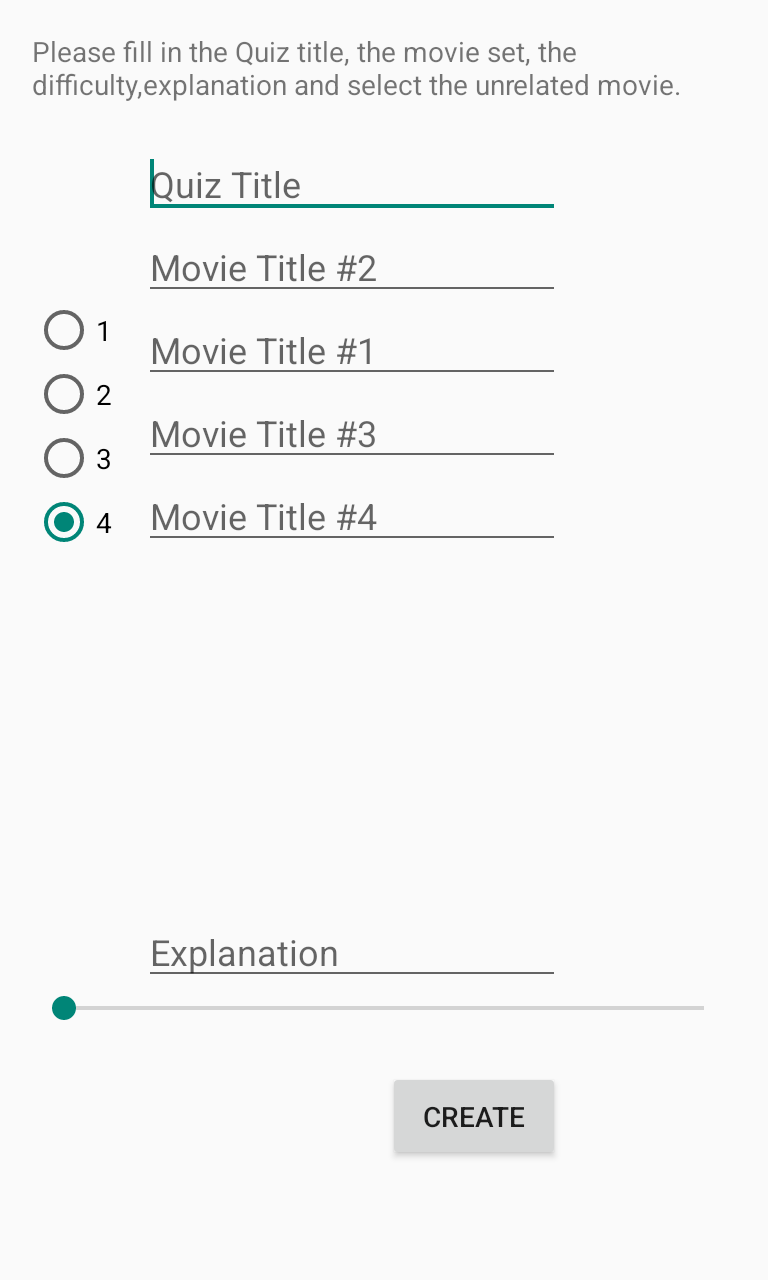
Repository: quantumlicht/android-capstone
Layout: capstone_client/res/layout/activity_create_quiz.xml
The author's editor kept a copy of each file at every save. The layout is drawn from the files as they stood at one save, then again after the next save.
It is drawn on a 768 x 1280 px phone screen (xhdpi) without system bars, with theme AppTheme; the app's code is not run.

Above is the layout before, as saved 2014-11-14 00:42:59.

### capstone_client/res/layout/activity_create_quiz.xml
<RelativeLayout xmlns:android="http://schemas.android.com/apk/res/android"
    xmlns:tools="http://schemas.android.com/tools"
    android:layout_width="match_parent"
    android:layout_height="match_parent"
    android:layout_centerHorizontal="true"
    android:gravity="start"
    android:paddingBottom="@dimen/activity_vertical_margin"
    android:paddingLeft="@dimen/activity_horizontal_margin"
    android:paddingRight="@dimen/activity_horizontal_margin"
    android:paddingTop="@dimen/activity_vertical_margin"
    tools:context="guay.philippe.capstone.CreateQuizActivity" >

    <TextView
        android:id="@+id/textView1"
        android:layout_width="wrap_content"
        android:layout_height="wrap_content"
        android:text="Please fill in the Quiz title, the movie set, the difficulty,explanation and select the unrelated movie." />

    <SeekBar
        android:id="@+id/seekBar1"
        android:layout_width="match_parent"
        android:layout_height="wrap_content"
        android:layout_above="@+id/submit_create"
        android:layout_alignParentRight="true"
        android:layout_marginBottom="21dp" />

    <RadioGroup
        android:id="@+id/radioGroup1"
        android:layout_width="wrap_content"
        android:layout_height="wrap_content"
        android:layout_alignBottom="@+id/movie4"
        android:layout_alignParentLeft="true"
        android:gravity="clip_vertical"
        android:orientation="vertical" >

        <RadioButton
            android:id="@+id/radio1"
            android:layout_width="wrap_content"
            android:layout_height="wrap_content"
            android:text="1" />

        <RadioButton
            android:id="@+id/radio2"
            android:layout_width="wrap_content"
            android:layout_height="wrap_content"
            android:text="2" />

        <RadioButton
            android:id="@+id/radio3"
            android:layout_width="wrap_content"
            android:layout_height="wrap_content"
            android:checked="true"
            android:text="3" />

        <RadioButton
            android:id="@+id/radio4"
            android:layout_width="wrap_content"
            android:layout_height="wrap_content"
            android:checked="true"
            android:text="4" />
    </RadioGroup>

    <EditText
        android:id="@+id/movie2"
        android:layout_width="wrap_content"
        android:layout_height="wrap_content"
        android:layout_below="@+id/quiz_title"
        android:layout_marginLeft="15dp"
        android:layout_toRightOf="@+id/radioGroup1"
        android:ems="10"
        android:hint="Movie Title #2" />

    <EditText
        android:id="@+id/movie1"
        android:layout_width="wrap_content"
        android:layout_height="wrap_content"
        android:layout_below="@+id/movie2"
        android:layout_marginLeft="15dp"
        android:layout_toRightOf="@+id/radioGroup1"
        android:ems="10"
        android:hint="Movie Title #1" />

    <EditText
        android:id="@+id/movie3"
        android:layout_width="wrap_content"
        android:layout_height="wrap_content"
        android:layout_below="@+id/movie1"
        android:layout_marginLeft="15dp"
        android:layout_toRightOf="@+id/radioGroup1"
        android:ems="10"
        android:hint="Movie Title #3" />

    <EditText
        android:id="@+id/movie4"
        android:layout_width="wrap_content"
        android:layout_height="wrap_content"
        android:layout_below="@+id/movie3"
        android:layout_marginLeft="15dp"
        android:layout_toRightOf="@+id/radioGroup1"
        android:ems="10"
        android:hint="Movie Title #4" />

    <EditText
        android:id="@+id/quiz_title"
        android:layout_width="wrap_content"
        android:layout_height="wrap_content"
        android:layout_alignLeft="@+id/movie2"
        android:layout_below="@+id/textView1"
        android:layout_marginTop="18dp"
        android:ems="10"
        android:hint="Quiz Title" >

        <requestFocus />
    </EditText>

    <Button
        android:id="@+id/submit_create"
        android:layout_width="wrap_content"
        android:layout_height="wrap_content"
        android:layout_alignParentBottom="true"
        android:layout_alignRight="@+id/explanation"
        android:layout_marginBottom="42dp"
        android:text="Create" />

    <EditText
        android:id="@+id/explanation"
        android:layout_width="wrap_content"
        android:layout_height="wrap_content"
        android:layout_above="@+id/seekBar1"
        android:layout_alignLeft="@+id/movie4"
        android:ems="10"
        android:hint="Explanation" />

</RelativeLayout>

### capstone_client/res/values/styles.xml
<resources>

    <!--
        Base application theme, dependent on API level. This theme is replaced
        by AppBaseTheme from res/values-vXX/styles.xml on newer devices.
    -->
    <style name="AppBaseTheme" parent="Theme.AppCompat.Light">
        <!--
            Theme customizations available in newer API levels can go in
            res/values-vXX/styles.xml, while customizations related to
            backward-compatibility can go here.
        -->
    </style>

    <!-- Application theme. -->
    <style name="AppTheme" parent="AppBaseTheme">
        <!-- All customizations that are NOT specific to a particular API-level can go here. -->
    </style>

    <declare-styleable name="FragmentArguments">
    	<attr name="android:label" />
	</declare-styleable>

</resources>

Loaded but not shown: capstone_client/res/values-v11/styles.xml (common file); capstone_client/res/values-v14/styles.xml (common file); capstone_client/res/values/dimens.xml (common file); capstone_client/res/values-w820dp/dimens.xml (common file)

After the next save:
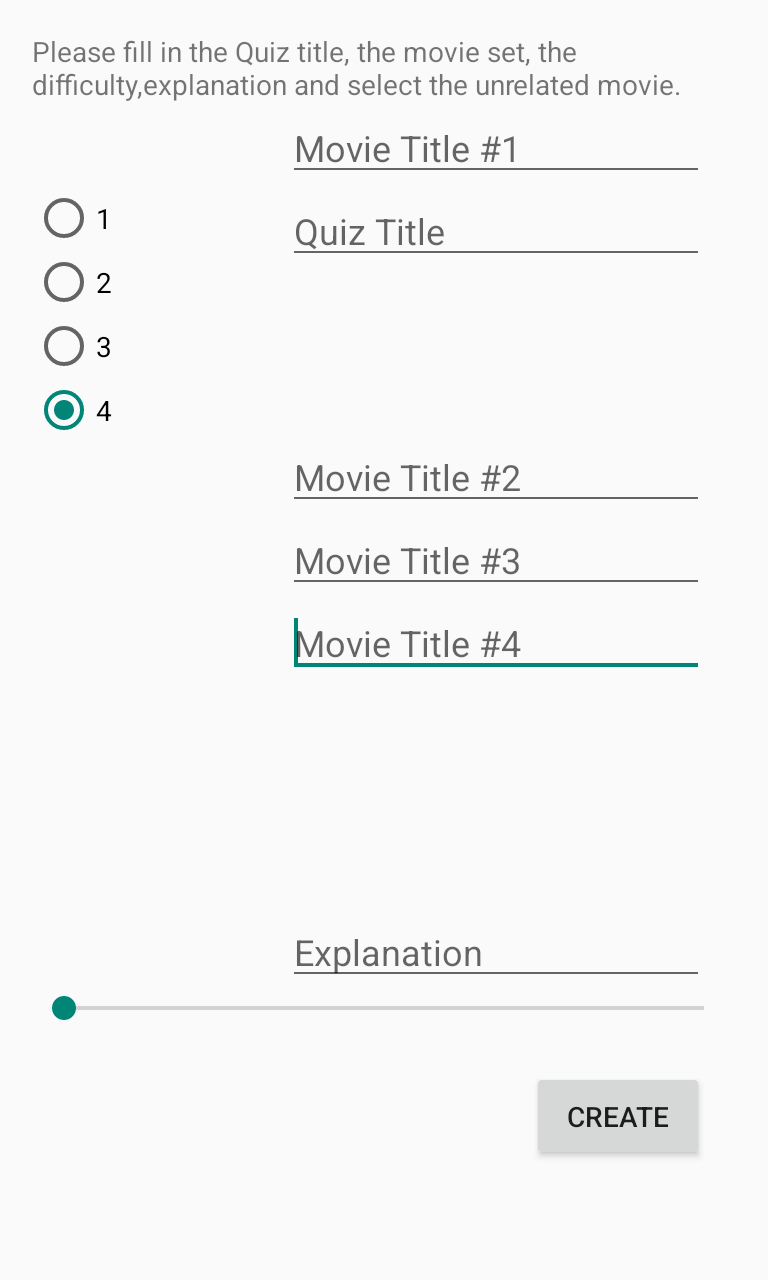
Saved 7 min 13 s later.
--- a/capstone_client/res/layout/activity_create_quiz.xml
+++ b/capstone_client/res/layout/activity_create_quiz.xml
@@ -17,7 +17,7 @@
         android:text="Please fill in the Quiz title, the movie set, the difficulty,explanation and select the unrelated movie." />
 
     <SeekBar
-        android:id="@+id/seekBar1"
+        android:id="@+id/difficulty"
         android:layout_width="match_parent"
         android:layout_height="wrap_content"
         android:layout_above="@+id/submit_create"
@@ -30,6 +30,7 @@
         android:layout_height="wrap_content"
         android:layout_alignBottom="@+id/movie4"
         android:layout_alignParentLeft="true"
+        android:layout_alignTop="@+id/quiz_title"
         android:gravity="clip_vertical"
         android:orientation="vertical" >
 
@@ -60,59 +61,6 @@
             android:text="4" />
     </RadioGroup>
 
-    <EditText
-        android:id="@+id/movie2"
-        android:layout_width="wrap_content"
-        android:layout_height="wrap_content"
-        android:layout_below="@+id/quiz_title"
-        android:layout_marginLeft="15dp"
-        android:layout_toRightOf="@+id/radioGroup1"
-        android:ems="10"
-        android:hint="Movie Title #2" />
-
-    <EditText
-        android:id="@+id/movie1"
-        android:layout_width="wrap_content"
-        android:layout_height="wrap_content"
-        android:layout_below="@+id/movie2"
-        android:layout_marginLeft="15dp"
-        android:layout_toRightOf="@+id/radioGroup1"
-        android:ems="10"
-        android:hint="Movie Title #1" />
-
-    <EditText
-        android:id="@+id/movie3"
-        android:layout_width="wrap_content"
-        android:layout_height="wrap_content"
-        android:layout_below="@+id/movie1"
-        android:layout_marginLeft="15dp"
-        android:layout_toRightOf="@+id/radioGroup1"
-        android:ems="10"
-        android:hint="Movie Title #3" />
-
-    <EditText
-        android:id="@+id/movie4"
-        android:layout_width="wrap_content"
-        android:layout_height="wrap_content"
-        android:layout_below="@+id/movie3"
-        android:layout_marginLeft="15dp"
-        android:layout_toRightOf="@+id/radioGroup1"
-        android:ems="10"
-        android:hint="Movie Title #4" />
-
-    <EditText
-        android:id="@+id/quiz_title"
-        android:layout_width="wrap_content"
-        android:layout_height="wrap_content"
-        android:layout_alignLeft="@+id/movie2"
-        android:layout_below="@+id/textView1"
-        android:layout_marginTop="18dp"
-        android:ems="10"
-        android:hint="Quiz Title" >
-
-        <requestFocus />
-    </EditText>
-
     <Button
         android:id="@+id/submit_create"
         android:layout_width="wrap_content"
@@ -126,9 +74,58 @@
         android:id="@+id/explanation"
         android:layout_width="wrap_content"
         android:layout_height="wrap_content"
-        android:layout_above="@+id/seekBar1"
+        android:layout_above="@+id/difficulty"
         android:layout_alignLeft="@+id/movie4"
         android:ems="10"
         android:hint="Explanation" />
 
+    <EditText
+        android:id="@+id/movie1"
+        android:layout_width="wrap_content"
+        android:layout_height="wrap_content"
+        android:layout_alignLeft="@+id/movie2"
+        android:layout_below="@id/textView1"
+        android:ems="10"
+        android:hint="Movie Title #1" />
+
+    <EditText
+        android:id="@+id/movie4"
+        android:layout_width="wrap_content"
+        android:layout_height="wrap_content"
+        android:layout_alignLeft="@+id/movie3"
+        android:layout_centerVertical="true"
+        android:ems="10"
+        android:hint="Movie Title #4" >
+
+        <requestFocus />
+    </EditText>
+
+    <EditText
+        android:id="@+id/movie3"
+        android:layout_width="wrap_content"
+        android:layout_height="wrap_content"
+        android:layout_above="@+id/movie4"
+        android:layout_alignLeft="@+id/movie2"
+        android:ems="10"
+        android:hint="Movie Title #3" />
+
+    <EditText
+        android:id="@+id/movie2"
+        android:layout_width="wrap_content"
+        android:layout_height="wrap_content"
+        android:layout_above="@+id/movie3"
+        android:layout_alignRight="@+id/textView1"
+        android:layout_marginRight="15dp"
+        android:ems="10"
+        android:hint="Movie Title #2" />
+
+    <EditText
+        android:id="@+id/quiz_title"
+        android:layout_width="wrap_content"
+        android:layout_height="wrap_content"
+        android:layout_alignLeft="@+id/movie1"
+        android:layout_below="@+id/movie1"
+        android:ems="10"
+        android:hint="Quiz Title" />
+
 </RelativeLayout>
